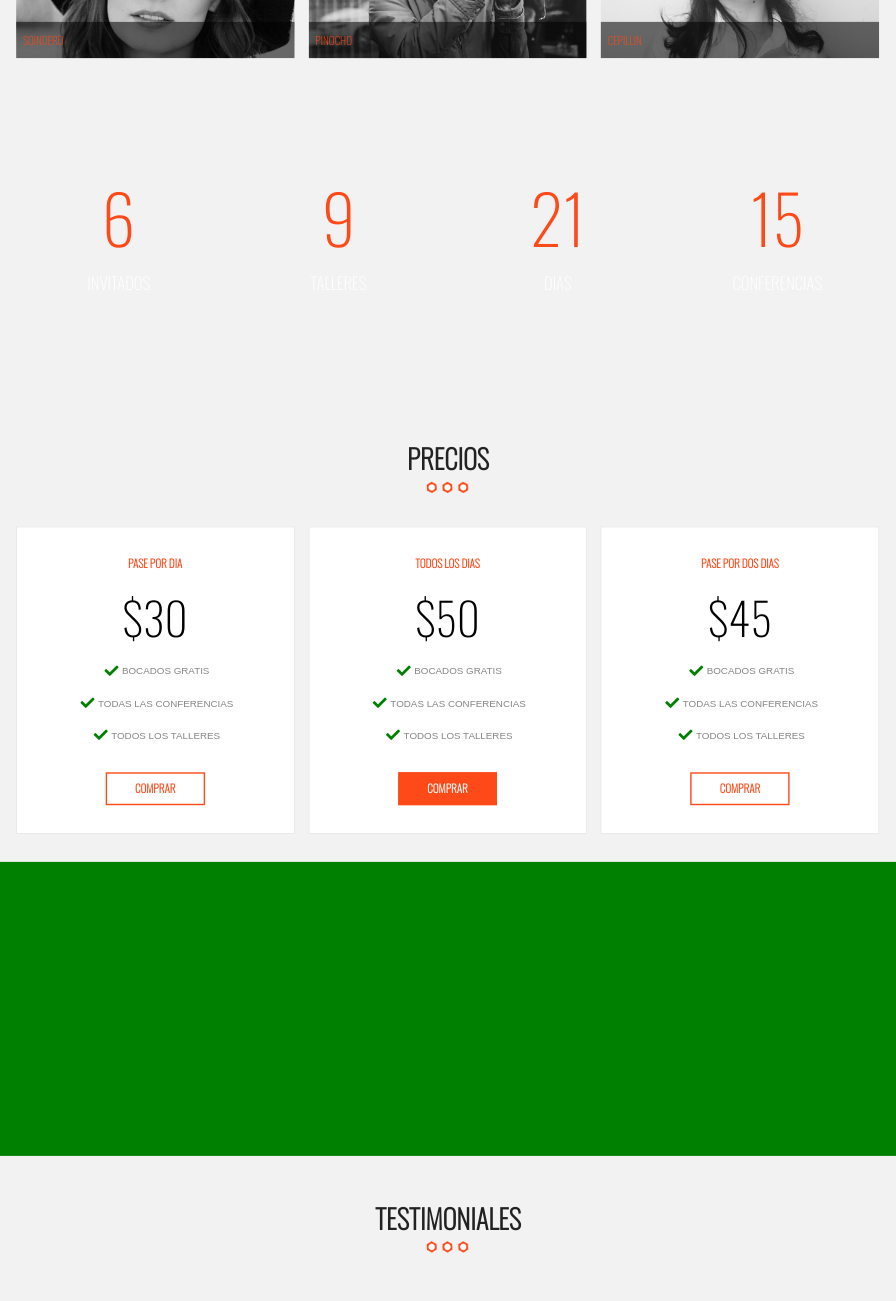
Repository: edgarhdzp/pagina-conferencias-reservaciones
Page: index.html
The author's editor kept a copy of each file at every save. The page is drawn from the files as they stood at one save, then again after the next save.
The browser window is 1280 px wide. The pictures show the part of the page from y = 2805 to 4725 px (the page is 4664 px tall before and 4725 px after), at 70% of full size.

Above is the page before, as saved 2020-07-01 17:34:06.

### index.html
<!doctype html>
<html class="no-js" lang="">

<head>
    <meta charset="utf-8">
    <title>CONFERENCIAS</title>
    <meta name="description" content="">
    <meta name="viewport" content="width=device-width, initial-scale=1">

    <meta property="og:title" content="">
    <meta property="og:type" content="">
    <meta property="og:url" content="">
    <meta property="og:image" content="">

    <link rel="manifest" href="site.webmanifest">
    <link rel="apple-touch-icon" href="icon.png">
    <!-- Place favicon.ico in the root directory -->

    <link rel="stylesheet" href="css/normalize.css">
    <link rel="stylesheet" href="css/fontawesome.min.css">
    <link rel="stylesheet" href="css/all.min.css">
    <link rel="stylesheet" href="css/main.css">
    <link href="https://fonts.googleapis.com/css2?family=Oswald:wght@200&display=swap" rel="stylesheet">

    <meta name="theme-color" content="#fafafa">
</head>

<body>


    <header class="site-header">
        <div class="hero">
            <div class="contenido-header">
                <nav class="redes-sociales">
                    <a href="·"><i class="fab fa-facebook-f"></i></a>
                    <a href="·"><i class="fab fa-twitter"></i></a>
                    <a href="·"><i class="fab fa-youtube"></i></a>
                    <a href="·"><i class="fab fa-instagram"></i></a>
                </nav>
                <div class="informacion-evento">
                    <div class="clearfix">
                        <p class="fecha"><i class="far fa-calendar-minus"></i>10-12-Dic</p>
                        <p class="ciudad"><i class="fas fa-map-marker-alt"></i>San Miguel de Allende</p>
                    </div>
                    <h1 class="nombre-sitio">Congreso Dragón</h1>
                    <p class="slogan">La mejor conferencia de <span>Tecnologia e Innovacion</span></p>
                </div>
            </div>
        </div>
    </header>

    <div class="barra">
        <div class="contenedor clearfix">
            <div class="logo">
                <img src="img/itses.png" alt="logo gdlwebcamp">
            </div>

            <div class="menu-movil">
                <span></span>
                <span></span>
                <span></span>
                <span></span>
            </div>

            <nav class="menu-principal clearfix">
                <a href="#">Conferencia</a>
                <a href="#">Calendario</a>
                <a href="#">Invitados</a>
                <a href="#">Reservaciones</a>
            </nav>
        </div>
    </div>
    <section class="seccion contenedor">
        <h2>La mejor conferencia web en español</h2>
        <p>Lorem ipsum, dolor sit amet consectetur adipisicing elit. Incidunt eius aut accusantium veritatis, ut mollitia culpa? Impedit necessitatibus et magnam voluptatem, voluptate similique iste, numquam placeat, corporis expedita repudiandae officiis.</p>
    </section>

    <section class="programa">
        <div class="contenedor-video">
            <video autoplay loop poster="bg-talleres.jpg">
              <source src="video/video.mp4" type="video/mp4">
                <source src="video/video.webm" type="video/webm">
                  <source src="video/video.ogv" type="video/ogv">
            </video>
        </div>
        <div class="contenido-programa">
            <div class="contenedor">
                <div class="programa-evento">
                    <h2>programa del evento</h2>
                    <nav class="menu-programa">
                        <a href=""><i class="fas fa-code"></i> Talleres</a>
                        <a href=""><i class="fas fa-comments"></i> Conferencias</a>
                        <a href=""><i class="fas fa-university"></i> Seminarios</a>
                    </nav>

                    <div id="talleres" class="info-curso ocultar clearfix">
                        <div class="detalle-evento">
                            <h3>HTML CSS JS</h3>
                            <p><i class="fas fa-clock"></i>20:00 HRS</p>
                            <p><i class="fas fa-calendar-times"></i> 5 DE MAYO</p>
                            <p><i class="fas fa-user"></i>JUAN LUIS</p>
                        </div>
                        <div class="detalle-evento">
                            <h3>diseño reponsibo</h3>
                            <p><i class="fas fa-clock"></i>18:00 HRS</p>
                            <p><i class="fas fa-calendar-times"></i> 5 DE MAYO</p>
                            <p><i class="fas fa-user"></i>JUAN LUIS</p>
                        </div>
                        <a href="" class="button float-right">Ver todosfta</a>
                    </div>
                </div>
            </div>
        </div>
    </section>
    <section class="invitados contenedor seccion ">
        <h2>nuestros invitados</h2>
        <ul class="lista-invitados clearfix">
            <li>
                <div class="invitado">
                    <img src="img/invitado1.jpg" alt="imagen invitado">
                    <p>cuau blanco</p>
                </div>
            </li>
            <li>
                <div class="invitado">
                    <img src="img/invitado2.jpg" alt="imagen invitado">
                    <p>laura</p>
                </div>
            </li>
            <li>
                <div class="invitado">
                    <img src="img/invitado3.jpg" alt="imagen invitado">
                    <p>memin</p>
                </div>
            </li>
            <li>
                <div class="invitado">
                    <img src="img/invitado4.jpg" alt="imagen invitado">
                    <p>soindero</p>
                </div>
            </li>
            <li>
                <div class="invitado">
                    <img src="img/invitado5.jpg" alt="imagen invitado">
                    <p>pinocho</p>
                </div>
            </li>
            <li>
                <div class="invitado">
                    <img src="img/invitado6.jpg" alt="imagen invitado">
                    <p>cepillin</p>
                </div>
            </li>
        </ul>
    </section>

    <div class="contador parralax">
        <div class="contenedor">
            <ul class="resumen-evento clearfix">
                <li>
                    <p class="numero">6</p>Invitados
                </li>
                <li>
                    <p class="numero">9</p>Talleres
                </li>
                <li>
                    <p class="numero">21</p>Dias
                    <p></p>
                </li>
                <li>
                    <p class="numero">15</p>Conferencias
                </li>
            </ul>
        </div>
    </div>


    <section class="precios seccion">
        <h2>Precios</h2>
        <div class="contenedor">
            <ul class="lista-precios clearfix">
                <li>
                    <div class="tabla-precio">
                        <h3>Pase por dia</h3>
                        <p class="numero">$30</p>
                        <ul>
                            <li>bocados gratis</li>
                            <li>todas las conferencias</li>
                            <li>todos los talleres</li>
                        </ul>
                        <a href="#" class="button hollow">comprar</a>
                    </div>
                </li>
                <li>
                    <div class="tabla-precio">
                        <h3>TODOS LOS DIAS</h3>
                        <p class="numero">$50</p>
                        <ul>
                            <li>bocados gratis</li>
                            <li>todas las conferencias</li>
                            <li>todos los talleres</li>
                        </ul>
                        <a href="#" class="button">comprar</a>
                    </div>
                </li>
                <li>
                    <div class="tabla-precio">
                        <h3>Pase por dos dias</h3>
                        <p class="numero">$45</p>
                        <ul>
                            <li>bocados gratis</li>
                            <li>todas las conferencias</li>
                            <li>todos los talleres</li>
                        </ul>
                        <a href="#" class="button hollow">comprar</a>
                    </div>
                </li>
            </ul>
        </div>
    </section>

    <div class="mapa" id="mapa"></div>

    <section class="seccion">
        <h2>testimoniales</h2>
        <div class="testimonial">
            <blockquote></blockquote>
        </div>
    </section>

    <script src="js/vendor/modernizr-3.11.2.min.js">
    </script>
    <script src="js/plugins.js"></script>
    <script src="js/main.js"></script>

    <!-- Google Analytics: change UA-XXXXX-Y to be your site's ID. -->
    <script>
        window.ga = function() {
            ga.q.push(arguments)
        };
        ga.q = [];
        ga.l = +new Date;
        ga('create', 'UA-XXXXX-Y', 'auto');
        ga('set', 'anonymizeIp', true);
        ga('set', 'transport', 'beacon');
        ga('send', 'pageview')
    </script>
    <script src="https://www.google-analytics.com/analytics.js" async></script>
</body>


</html>

Loaded but not shown: css/normalize.css (library); css/fontawesome.min.css (library); css/all.min.css (library); js/vendor/modernizr-3.11.2.min.js (library); js/plugins.js (24 lines, source omitted); css/main.css (816 lines, source omitted); js/main.js (no stored copy; drawn as an empty file)

After the next save:
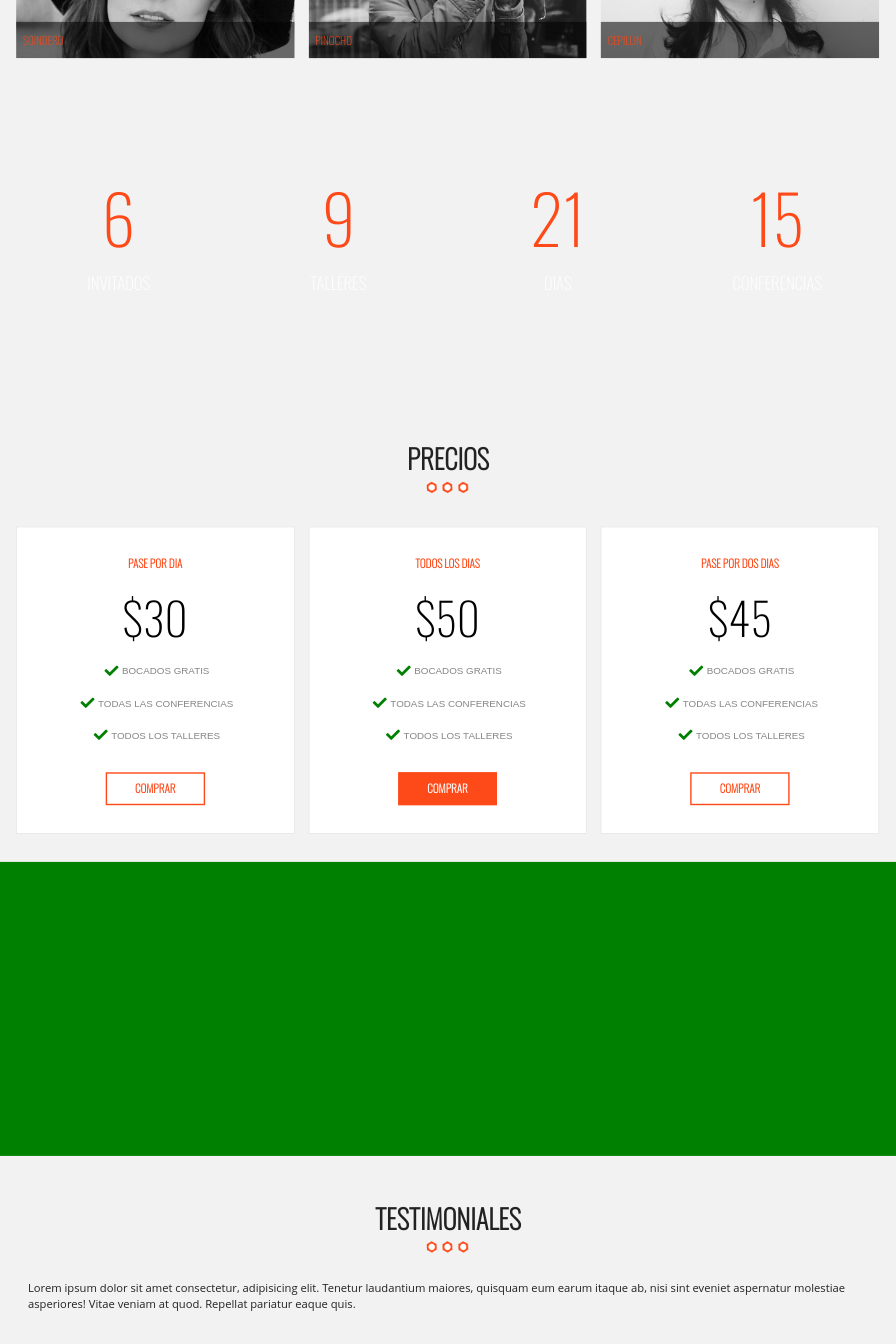
Saved 8 s later.
--- a/index.html
+++ b/index.html
@@ -224,7 +224,9 @@
     <section class="seccion">
         <h2>testimoniales</h2>
         <div class="testimonial">
-            <blockquote></blockquote>
+            <blockquote>
+                <p>Lorem ipsum dolor sit amet consectetur, adipisicing elit. Tenetur laudantium maiores, quisquam eum earum itaque ab, nisi sint eveniet aspernatur molestiae asperiores! Vitae veniam at quod. Repellat pariatur eaque quis.</p>
+            </blockquote>
         </div>
     </section>
 
